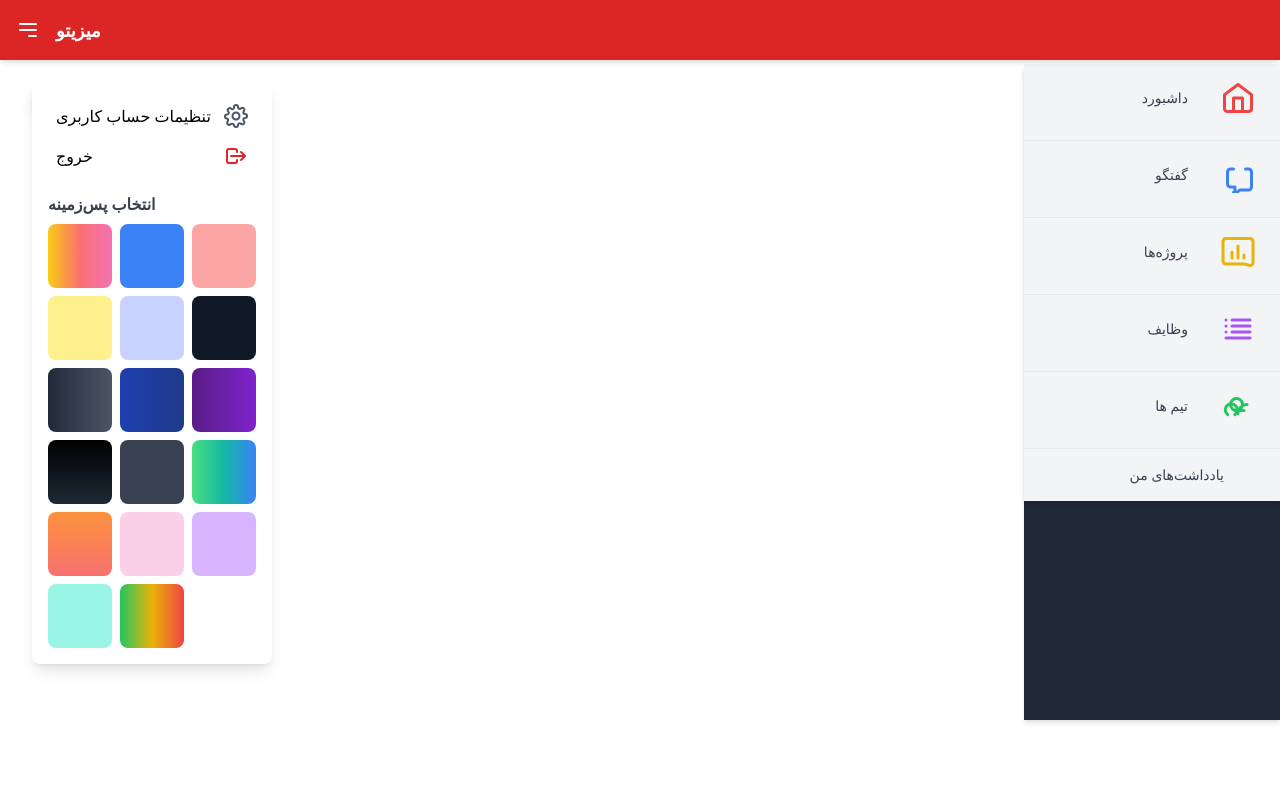
Repository: spnovaa/work-hive
Page: / (app in front_end/), after clicking the first element matching `div.z-0`
The author's editor kept a copy of each file at every save. The page is drawn from the files as they stood at one save, then again after the next save.
The browser window is 1280 px wide. The pictures show the whole page.
The page's requests for data from a server got no answer. The project was rebuilt for these pictures with package versions that can differ from the ones it lists, and the page was loaded fresh each time. No one was signed in, and anything a server would have sent is missing. Also part of the build but not shown: front_end/src/api/auth.js, front_end/src/components/loadingSpinner.jsx, front_end/src/pages/login.jsx, front_end/src/pages/registration.jsx, front_end/src/common/axiosInstance.js, front_end/src/components/profile/profileSettingsModal.jsx, front_end/src/components/project/projectCardComponent.jsx, front_end/src/components/project/projectDashboard.jsx and 9 more.

Above is the page before, as saved 2025-01-18 14:32:51.

### front_end/src/index.js
import React from 'react';
import ReactDOM from 'react-dom/client'; // Import from 'react-dom/client' for React 18+
import './styles/globals.css';
import App from './App';

// Create a root element for rendering the React application
const root = ReactDOM.createRoot(document.getElementById('root'));

// Use the new `render` method for React 18+
root.render(
  <React.StrictMode>
    <App />
  </React.StrictMode>
);

### front_end/src/App.jsx
import React, { useState } from 'react';
import { BrowserRouter as Router, Routes, Route } from 'react-router-dom';
import Login from './pages/login';
import Registration from './pages/registration';
import Home from './pages/home';
import ProjectsDashboard from './components/project/projectDashboard.jsx';
import ProjectDetails from './components/project/projectDetails.jsx';
import NewProject from './components/project/newProject.jsx';
import DashboardSidebar from './components/dashboardSidebar';
import TaskPage from './components/task/taskPage.jsx';
import TeamList from './components/team/teamList.jsx';
import TopBar from './components/topBar.jsx';

function App() {
  const [sidebarVisible, setSidebarVisible] = useState(true);

  const toggleSidebar = () => {
    setSidebarVisible((prev) => !prev);
  };

  return (
    <Router>
      <div className="flex flex-col h-screen">
        <div className="w-full bg-red-600 shadow-md fixed top-0 z-20">
          <TopBar toggleSidebar={toggleSidebar} />
        </div>

        <div className="flex flex-grow">
          {sidebarVisible && (
            <div className="w-64 bg-gray-800 fixed top-16 bottom-0 right-0 z-10 shadow-md">
              <DashboardSidebar />
            </div>
          )}
          <div
            className={`flex-grow ${
              sidebarVisible ? 'pr-64' : ''
            } pt-16 p-4 transition-all duration-300`}
          >
            <Routes>
              <Route path="/login" element={<Login />} />
              <Route path="/register" element={<Registration />} />
              <Route path="/" element={<Home />} />
              <Route path="/projects" element={<ProjectsDashboard />} />
              <Route path="/projects/new" element={<NewProject />} />
              <Route path="/projects/:projectId" element={<ProjectDetails />} />
              <Route path="/tasks" element={<TaskPage />} />
              <Route path="/teams" element={<TeamList />} />
            </Routes>
          </div>
        </div>
      </div>
    </Router>
  );
}

export default App;

### front_end/src/pages/home.jsx
import React, { useState } from 'react';
import ProfileSection from '../components/profile/profileSection';
import { useLocation } from 'react-router-dom';
import DashboardSidebar from '../components/dashboardSidebar';
import  ProfileSettingsModal  from '../components/profile/profileSettingsModal.jsx'
function Home() {
  const [isModalOpen, setIsModalOpen] = useState(false);

    const openModal = () => {
        setIsModalOpen(true);
    };

    const closeModal = () => {
        setIsModalOpen(false);
    };
  const location = useLocation();
  const name = location.state?.name || "نام کاربری ناشناس";
  const [background, setBackground] = useState('bg-white');
  const handleBackgroundChange = (bg) => {
    setBackground(bg);
  };
  const getCurrentDate = () => {
    const options = { weekday: 'long', year: 'numeric', month: 'long', day: 'numeric' };
    return new Date().toLocaleDateString('fa-IR', options);
  };
  return (
    <div className={`h-screen ${background} `}>
      <div className="absolute top-20 left-8">
        <ProfileSection
          name={name}
          greeting="ظهر بخیر"
          date={getCurrentDate()}
          onBackgroundChange={handleBackgroundChange}
          onSettingsClick={openModal}
        />
      </div>
      <ProfileSettingsModal show={isModalOpen} onClose={closeModal} />
    </div>
  );
}

export default Home;

### front_end/src/components/dashboardSidebar.jsx
import React from 'react';
import { useNavigate } from 'react-router-dom';

function SidebarItem({ icon, label, onClick }) {
    return (
        <div
            className="className=flex items-center justify-start flex-row-reverse p-4 cursor-pointer hover:bg-gray-100"
            onClick={onClick}
        >
            <div className="flex items-center">
                <span className="text-lg text-gray-700 mr-2">{icon}</span>
                <span className="text-gray-700 text-sm font-medium mr-8">{label}</span>
            </div>

        </div>
    );
}

function DashboardSidebar() {
    const navigate = useNavigate();

    const handleNavigation = (path) => {
        navigate(path);
    };

    return (
        <div className="w-64 bg-gray-100 text-white shadow-md p-0 " dir="rtl" >
            <SidebarItem
                icon={
                    <svg
                        xmlns="http://www.w3.org/2000/svg"
                        className="h-9 w-9 text-red-500"
                        fill="none"
                        viewBox="0 0 24 24"
                        stroke="currentColor"
                    >
                        <path
                            strokeLinecap="round"
                            strokeLinejoin="round"
                            strokeWidth="2"
                            d="M3 9.75L12 3l9 6.75v9.75A2.25 2.25 0 0118.75 21H5.25A2.25 2.25 0 013 19.5V9.75z"
                        />
                        <path
                            strokeLinecap="round"
                            strokeLinejoin="round"
                            strokeWidth="2"
                            d="M9 21V12h6v9"
                        />
                    </svg>
                }
                label="داشبورد"
                onClick={() => handleNavigation('/')}
            />
            <hr className="w-full border-gray-200 mt-2" />
            <SidebarItem
               icon={
                <svg
                  xmlns="http://www.w3.org/2000/svg"
                  className="h-9 w-9 text-blue-500"
                  fill="none"
                  viewBox="0 0 24 24"
                  stroke="currentColor"
                >
                  <path
                    strokeLinecap="round"
                    strokeLinejoin="round"
                    strokeWidth="2"
                    d="M17 8h2a2 2 0 012 2v10a2 2 0 01-2 2h-5.586a1 1 0 00-.707.293l-2.707 2.707A1 1 0 0110 23V20H7a2 2 0 01-2-2V10a2 2 0 012-2h2"
                  />
                </svg>
              }
                label="گفتگو"
                onClick={() => handleNavigation('/conversations')}
            />
              <hr className="w-full border-gray-200 mt-2" />
            <SidebarItem
                icon={
                    <svg
                      xmlns="http://www.w3.org/2000/svg"
                      className="h-9 w-9 text-yellow-500"
                      fill="none"
                      viewBox="0 0 24 24"
                      stroke="currentColor"
                    >
                      <path
                        strokeLinecap="round"
                        strokeLinejoin="round"
                        strokeWidth="2"
                        d="M8 16v-4m4 4V8m4 8v-2m0 6H4a2 2 0 01-2-2V5a2 2 0 012-2h16a2 2 0 012 2v14a2 2 0 01-2 2z"
                      />
                    </svg>
                  }
                label="پروژه‌ها"
                onClick={() => handleNavigation('/projects')}
            />
              <hr className="w-full border-gray-200 mt-2" />
            <SidebarItem
               icon={
                <svg
                  xmlns="http://www.w3.org/2000/svg"
                  className="h-9 w-9 text-purple-500"
                  fill="none"
                  viewBox="0 0 24 24"
                  stroke="currentColor"
                >
                  <path
                    strokeLinecap="round"
                    strokeLinejoin="round"
                    strokeWidth="2"
                    d="M8 6h12M8 10h12m-12 4h12M4 6h.01M4 10h.01M4 14h.01M4 18h16"
                  />
                </svg>
              }
                label="وظایف"
                onClick={() => handleNavigation('/tasks')}
            />
              <hr className="w-full border-gray-200 mt-2" />
            <SidebarItem
           icon={
            <svg
              xmlns="http://www.w3.org/2000/svg"
              className="h-9 w-9 text-green-500"
              fill="none"
              viewBox="0 0 24 24"
              stroke="currentColor"
            >
              <path
                strokeLinecap="round"
                strokeLinejoin="round"
                strokeWidth="2"
                d="M5.121 17.804A4 4 0 119.88 17.804M15 11a4 4 0 11-8 0 4 4 0 018 0zm-5 4h6M12 17a6 6 0 016-6"
              />
            </svg>
          }
                label="تیم ها"
                onClick={() => handleNavigation('/teams')}
            />
              <hr className="w-full border-gray-200 mt-2" />
            <SidebarItem
                icon={<i className="fas fa-sticky-note" />}
                label="یادداشت‌های من"
                onClick={() => handleNavigation('/notes')}
            />
        </div>
    );
}

export default DashboardSidebar;

### front_end/src/components/topBar.jsx
import React from 'react';

function TopBar({ toggleSidebar }) {
  return (
    <div className="flex items-center justify-between p-4">
      <div className="flex items-center">
        <button
          onClick={toggleSidebar}
          className="mr-4 cursor-pointer text-white"
        >
          <svg
            xmlns="http://www.w3.org/2000/svg"
            className="h-6 w-6"
            fill="none"
            viewBox="0 0 24 24"
            stroke="currentColor"
          >
            <path
              strokeLinecap="round"
              strokeLinejoin="round"
              strokeWidth="2"
              d="M4 6h16M4 12h16m-7 6h7"
            />
          </svg>
        </button>
        <div className="text-white text-lg font-bold">میزیتو</div>
      </div>
    </div>
  );
}

export default TopBar;

### front_end/src/components/profile/profileSection.jsx
import React, { useState, useEffect, useRef } from 'react';
import ProfileDropdown from './dropdown.jsx';

const ProfileSection = ({ name, greeting, date, onBackgroundChange ,onSettingsClick}) => {
  const [isDropdownOpen, setIsDropdownOpen] = useState(false);
  const dropdownRef = useRef(null);

  const toggleDropdown = () => {
    setIsDropdownOpen((prev) => !prev);
  };

  useEffect(() => {
    const handleClickOutside = (event) => {
      if (dropdownRef.current && !dropdownRef.current.contains(event.target)) {
        setIsDropdownOpen(false);
      }
    };

    document.addEventListener('mousedown', handleClickOutside);
    return () => {
      document.removeEventListener('mousedown', handleClickOutside);
    };
  }, []);

  return (
    <div className="relative">
  <div
    className={`relative z-0 p-4 bg-gradient-to-r from-blue-100 to-blue-200 rounded-lg shadow-md max-w-xs cursor-pointer ${
      isDropdownOpen ? 'hidden' : ''
    }`}
    onClick={toggleDropdown}
  >
    <div className="flex flex-col items-center">
      <div className="bg-gray-300 w-24 h-24 rounded-full flex items-center justify-center mb-4">
        <svg
          xmlns="http://www.w3.org/2000/svg"
          className="h-12 w-12 text-gray-500"
          fill="none"
          viewBox="0 0 24 24"
          stroke="currentColor"
        >
          <path
            strokeLinecap="round"
            strokeLinejoin="round"
            strokeWidth="2"
            d="M12 12c2.21 0 4-1.79 4-4s-1.79-4-4-4-4 1.79-4 4 1.79 4 4 4zM12 14c-4.418 0-8 1.79-8 4m8-4c4.418 0 8 1.79 8 4m-8-4v4"
          />
        </svg>
      </div>
      <h2 className="text-lg font-semibold text-gray-700">{name}</h2>
      <p className="text-sm text-gray-600 mt-1">{greeting}</p>
      <p className="text-sm text-gray-500 mt-1">{date}</p>
    </div>
  </div>

  {isDropdownOpen && (
    <div
      ref={dropdownRef}
      className="absolute top-0 left-0  bg-white rounded-lg shadow-lg p-4 w-full"
    >
      <ProfileDropdown onBackgroundChange={onBackgroundChange} onSettingsClick={onSettingsClick} />
    </div>
  )}
</div>

  );
};

export default ProfileSection;

### front_end/src/components/profile/dropdown.jsx
import React, { useState } from 'react';
import { useNavigate } from 'react-router-dom';
import  ProfileSettingsModal  from './profileSettingsModal.jsx'
const ProfileDropdown  = ({  onBackgroundChange ,onSettingsClick}) => {
  const [isOpen, setIsOpen] = useState(true);
  const [selectedBackground, setSelectedBackground] = useState(null);
  const navigate = useNavigate();
  const handleLogout = () => {
    localStorage.removeItem('authToken');
    localStorage.removeItem('userInfo');
    sessionStorage.clear();
    document.cookie = 'session=; expires=Thu, 01 Jan 2012 00:00:00 UTC; path=/;';
    navigate('/login');
  };
  const backgrounds = [
    'bg-gradient-to-r from-yellow-400 via-red-400 to-pink-400',
    'bg-blue-500',
    'bg-red-300',
    'bg-yellow-200',
    'bg-indigo-200',

    // Dark mode
    'bg-gray-900',
    'bg-gradient-to-r from-gray-800 via-gray-700 to-gray-600',
    'bg-gradient-to-r from-blue-800 to-blue-900',
    'bg-gradient-to-r from-purple-900 via-purple-800 to-purple-700',
    'bg-gradient-to-b from-black to-gray-800',
    'bg-gray-700',
    //gradiant
    'bg-gradient-to-r from-green-400 via-teal-500 to-blue-500',
    'bg-gradient-to-b from-orange-400 to-red-400',
    'bg-pink-200',
    'bg-purple-300',
    'bg-teal-200',
    'bg-gradient-to-l from-red-500 via-yellow-500 to-green-500',

  ];

  const toggleDropdown = () => {
    setIsOpen(!isOpen);
  };

  const handleBackgroundChange = (bg) => {
    setSelectedBackground(bg);
    onBackgroundChange(bg);
    toggleDropdown()
  };

  return (
    <>
        {/* Conditionally render the dropdown div only when isOpen is true */}
        {isOpen && (
            <div
                onClick={(e) => e.stopPropagation()} // Prevent propagation of the click event
                className="absolute top-0 left-0 bg-white rounded-lg shadow-lg w-max p-4"
            >
                <div
                    className="flex items-center justify-between p-2 cursor-pointer hover:bg-gray-100 rounded"
                    onClick={() => {
                        onSettingsClick();
                        toggleDropdown();  // Close the dropdown
                    }}
                >
                    <span>تنظیمات حساب کاربری</span>
                    <svg
                        xmlns="http://www.w3.org/2000/svg"
                        className="h-6 w-6 text-gray-600"
                        fill="none"
                        viewBox="0 0 24 24"
                        stroke="currentColor"
                    >
                        <path
                            strokeLinecap="round"
                            strokeLinejoin="round"
                            strokeWidth="2"
                            d="M12 15.5a3.5 3.5 0 100-7 3.5 3.5 0 000 7zM19.4 15a1.77 1.77 0 00.32 1.8l.05.06a2 2 0 11-2.83 2.83l-.06-.05a1.77 1.77 0 00-1.8-.32 1.77 1.77 0 00-1.05 1.61V21a2 2 0 01-4 0v-.13a1.77 1.77 0 00-1.61-1.05 1.77 1.77 0 00-1.8.32l-.06.05a2 2 0 11-2.83-2.83l.05-.06a1.77 1.77 0 00.32-1.8 1.77 1.77 0 00-1.61-1.05H3a2 2 0 010-4h.13a1.77 1.77 0 001.61-1.05 1.77 1.77 0 00-.32-1.8l-.05-.06a2 2 0 112.83-2.83l.06.05a1.77 1.77 0 001.8.32H9a1.77 1.77 0 001.05-1.61V3a2 2 0 014 0v.13a1.77 1.77 0 001.05 1.61 1.77 1.77 0 001.8-.32l.06-.05a2 2 0 112.83 2.83l-.05.06a1.77 1.77 0 00-.32 1.8V9a1.77 1.77 0 001.61 1.05H21a2 2 0 010 4h-.13a1.77 1.77 0 00-1.61 1.05z"
                        />
                    </svg>
                </div>
                <div
                    className="flex items-center justify-between p-2 cursor-pointer hover:bg-gray-100 rounded"
                    onClick={handleLogout}
                >
                    <span>خروج</span>
                    <svg
                        xmlns="http://www.w3.org/2000/svg"
                        className="h-6 w-6 text-red-600"
                        fill="none"
                        viewBox="0 0 24 24"
                        stroke="currentColor"
                    >
                        <path
                            strokeLinecap="round"
                            strokeLinejoin="round"
                            strokeWidth="2"
                            d="M17 16l4-4m0 0l-4-4m4 4H7m6 4v1a2 2 0 01-2 2H5a2 2 0 01-2-2V7a2 2 0 012-2h6a2 2 0 012 2v1"
                        />
                    </svg>
                </div>
                <div className="mt-4">
                    <span className="text-gray-700 font-semibold">انتخاب پس‌زمینه</span>
                    <div className="grid grid-cols-3 gap-2 mt-2">
                        {backgrounds.map((bg, index) => (
                            <div
                                key={index}
                                className={`w-16 h-16 rounded-lg cursor-pointer ${bg} ${
                                    selectedBackground === bg ? 'ring-2 ring-blue-500' : ''
                                }`}
                                onClick={() => handleBackgroundChange(bg)}
                            ></div>
                        ))}
                    </div>
                </div>
            </div>
        )}
    </>
);
};

export default ProfileDropdown;

Loaded but not shown: front_end/public/index.html (common file); front_end/src/styles/globals.css (common file); front_end/tailwind.config.js (common file)

After the next save:
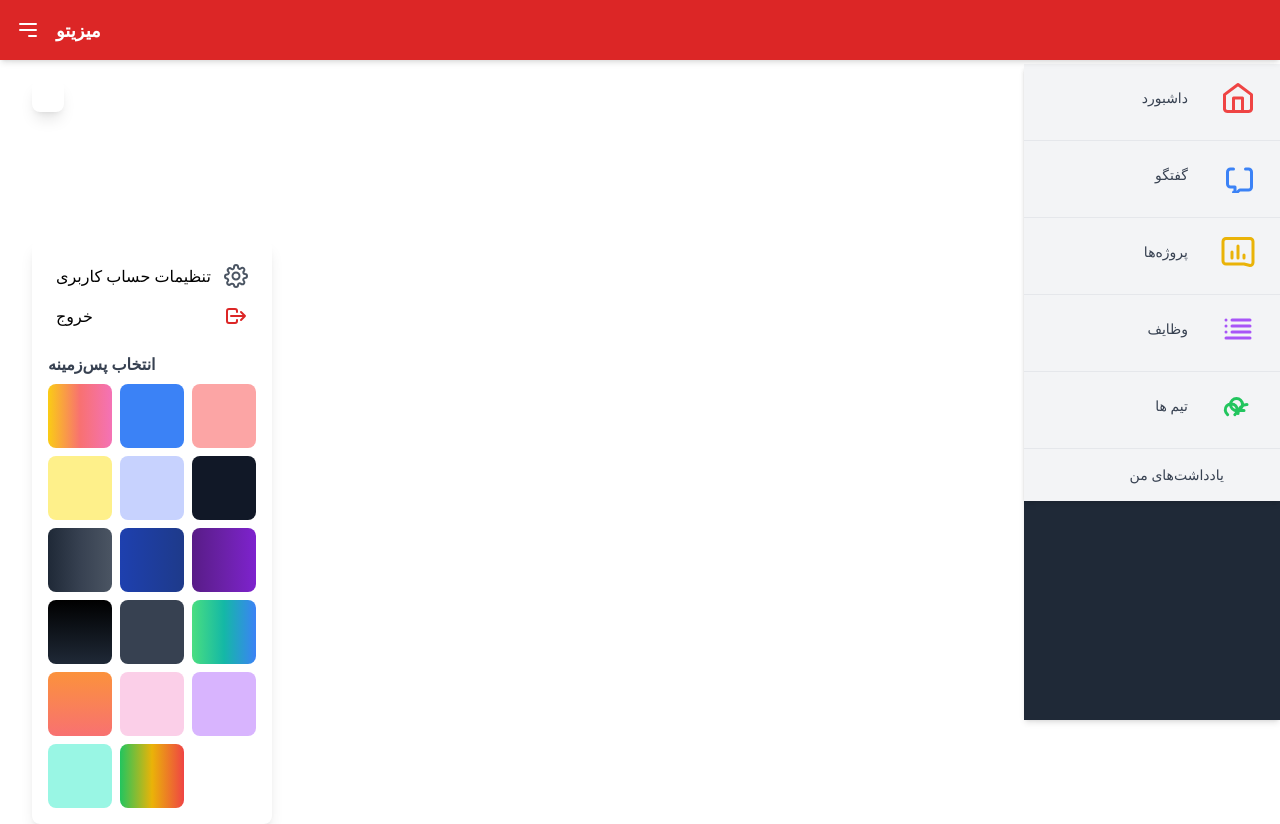
Saved 11 s later.
--- a/front_end/src/components/profile/dropdown.jsx
+++ b/front_end/src/components/profile/dropdown.jsx
@@ -52,7 +52,7 @@ const ProfileDropdown  = ({  onBackgroundChange ,onSettingsClick}) => {
         {isOpen && (
             <div
                 onClick={(e) => e.stopPropagation()} // Prevent propagation of the click event
-                className="absolute top-0 left-0 bg-white rounded-lg shadow-lg w-max p-4"
+                className="absolute top-40 left-0 bg-white rounded-lg shadow-lg w-max p-4"
             >
                 <div
                     className="flex items-center justify-between p-2 cursor-pointer hover:bg-gray-100 rounded"
